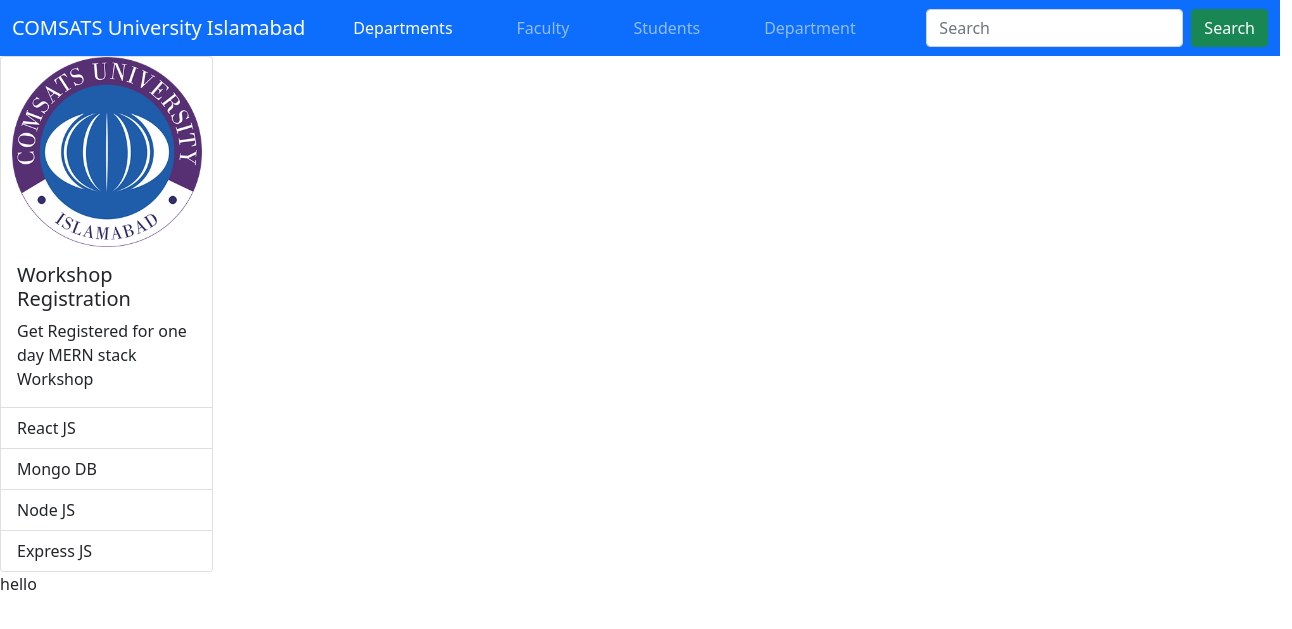
Repository: SaudCh/Web-Mid-Exams
Page: /
An editor plug-in stored every save of this project. The page is shown before and after the next save, followed by the edit.
The browser window is 1280 px wide. The page is 1280 px wide, then 1292 px, so the pictures cover 1292 px, including what lies to the right of the window. The pictures show the whole page.
The project was rebuilt for these pictures with package versions that can differ from the ones it lists, and the page was loaded fresh each time. Also part of the build but not shown: src/Register/register.jsx.

Above is the page before, as saved 2021-11-22 10:55:49.

### src/App.js
import React from "react";
import { BrowserRouter as Router, Switch, Route } from "react-router-dom";
import "../node_modules/bootstrap/dist/css/bootstrap.min.css";
import "../node_modules/bootstrap/dist/js/bootstrap.bundle.min";
import Header from "./Shared/Header";
import SideBar from "./Shared/SideBar";
import Register from "./Register/register";

export default function App() {
  return (
    <Router>
      <Header />
      <div>
        <div className="col-2">
          <SideBar />
        </div>
        <div className="col-10">
          <Switch>
            <Route path="/">
              <div>hello</div>
            </Route>
            <Route path="/register">
              <Register />
            </Route>
          </Switch>
        </div>
      </div>
    </Router>
  );
}

### src/Shared/Header.jsx
import React from "react";
import { Link } from "react-router-dom";
export default function Header() {
  return (
    <nav class="navbar navbar-expand-lg navbar-dark bg-primary">
      <div class="container-fluid">
        <Link to="/" class="navbar-brand" href="#">
          COMSATS University Islamabad
        </Link>
        <button
          class="navbar-toggler"
          type="button"
          data-bs-toggle="collapse"
          data-bs-target="#navbarSupportedContent"
          aria-controls="navbarSupportedContent"
          aria-expanded="false"
          aria-label="Toggle navigation"
        >
          <span class="navbar-toggler-icon"></span>
        </button>
        <div class="collapse navbar-collapse" id="navbarSupportedContent">
          <ul class="navbar-nav me-auto mb-2 mb-lg-0">
            <li class="nav-item mx-md-4">
              <Link to="/" class="nav-link active" aria-current="page" href="#">
                Departments
              </Link>
            </li>
            <li class="nav-item mx-md-4">
              <Link to="/" class="nav-link" href="#">
                Faculty
              </Link>
            </li>

            <li class="nav-item mx-md-4">
              <Link
                to="/"
                class="nav-link"
                href="#"
                tabindex="-1"
                aria-disabled="true"
              >
                Students
              </Link>
            </li>
            <li class="nav-item mx-md-4">
              <Link
                to="/"
                class="nav-link"
                href="#"
                tabindex="-1"
                aria-disabled="true"
              >
                Department
              </Link>
            </li>
          </ul>
          <form class="d-flex">
            <input
              class="form-control me-2"
              type="search"
              placeholder="Search"
              aria-label="Search"
            />
            <button
              class="btn btn-outline-success btn-success text-white"
              type="submit"
            >
              Search
            </button>
          </form>
        </div>
      </div>
    </nav>
  );
}

### src/Shared/SideBar.jsx
import React from "react";
import logo from "../public/comsats-logo.png";

export default function SideBar() {
  return (
    <div class="card">
      <img
        src={logo}
        class="card-img-top"
        style={{ width: "90%", alignSelf: "center" }}
        alt="..."
      />
      <div class="card-body">
        <h5 class="card-title">Workshop Registration</h5>
        <p class="card-text">Get Registered for one day MERN stack Workshop</p>
      </div>
      <ul class="list-group list-group-flush">
        <li class="list-group-item">React JS</li>
        <li class="list-group-item">Mongo DB</li>
        <li class="list-group-item">Node JS</li>
        <li class="list-group-item">Express JS</li>
      </ul>
    </div>
  );
}

Loaded but not shown: public/index.html (common file); src/index.js (common file); src/index.css (common file); src/reportWebVitals.js (common file)

After the next save:
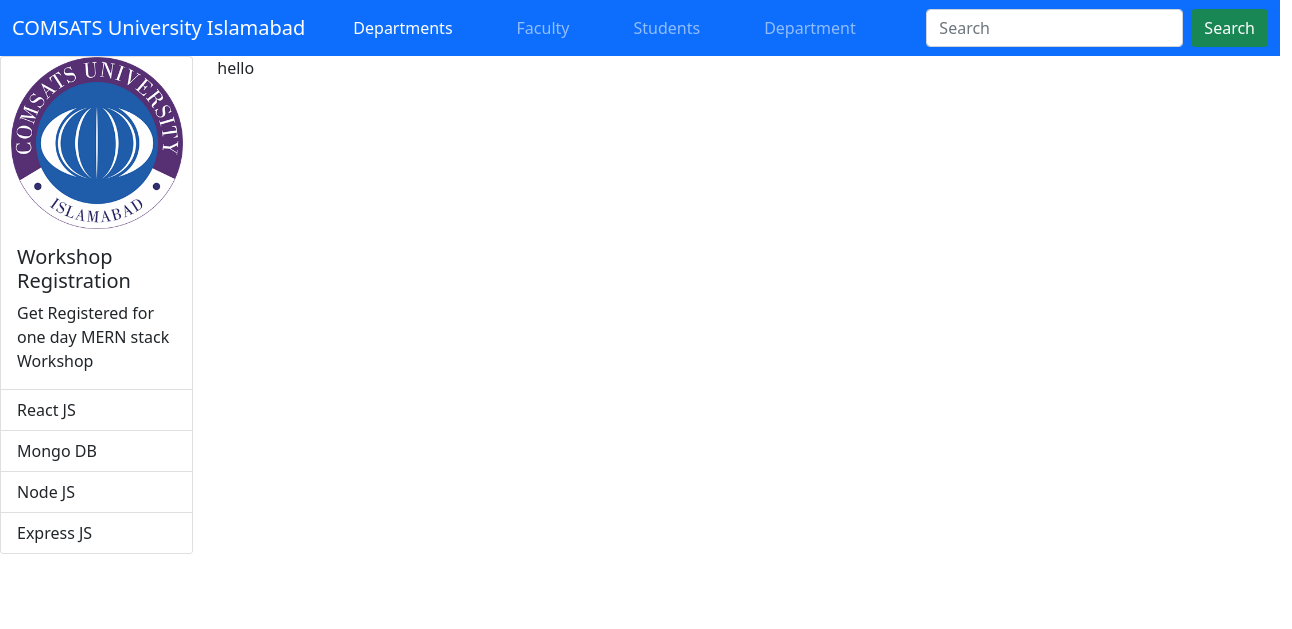
Saved 15 s later.
--- a/src/App.js
+++ b/src/App.js
@@ -10,7 +10,7 @@
   return (
     <Router>
       <Header />
-      <div>
+      <div className="row">
         <div className="col-2">
           <SideBar />
         </div>
